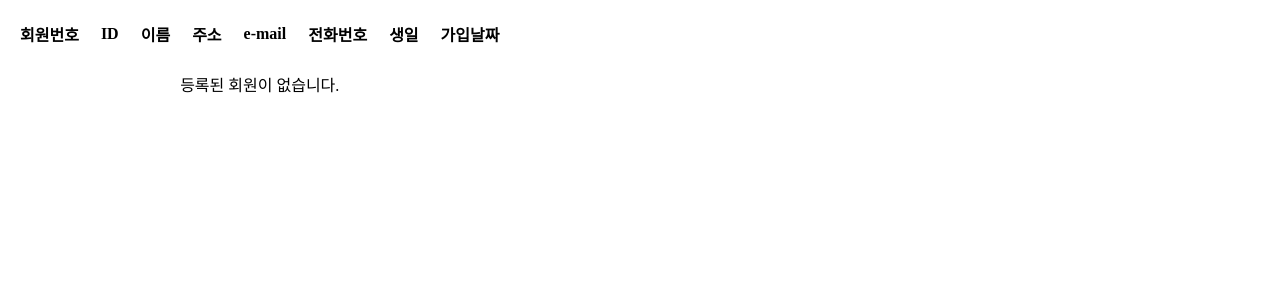
Repository: javadogfoot/semi-project
Page: http://localhost/tomato/admin/memberKeywordFind_ok.jsp
The author's editor kept a copy of each file at every save. The page is drawn from the files as they stood at one save, then again after the next save.
The browser window is 1280 px wide. The pictures show the whole page.
The page is served by Tomcat 9. Other server files are loaded and not shown. Queries for data that is not in the repository find no rows.

Above is the page before, as saved 2021-10-18 16:52:36.

### semi프로젝트워크스페이스/tomato/src/main/webapp/admin/memberKeywordFind_ok.jsp
<%@ page language="java" contentType="text/html; charset=UTF-8"
    pageEncoding="UTF-8"%>
<%@ page import="java.util.*" %>
<%@ page import="tomato.member.*" %>
<jsp:useBean id="mdao" class="tomato.member.MemberDAO"></jsp:useBean>
<%
request.setCharacterEncoding("utf-8");
String keyword=request.getParameter("keyword");
%>
<!DOCTYPE html>
<html>
<head>
<meta charset="UTF-8">
<title>Insert title here</title>
<style>
.table-responsive {
    width: 750px;
   margin: 0px auto;
   padding:15px;
    }
.table-wrapper {
        background: #ffffff;
      background: #f5f4f0;
      margin: 0px auto;
}
.table-title {
      background: #ffffcc;
      color: #red;
      margin: 0px auto;
      border-radius: 3px 3px 0 0;
}
.table-title h2 {
      font-size: 20px;
      font-color: #e9e9e9;
      margin: 0px auto;
}
table.table tr th, table.table tr td {
        border-color: #e9e9e9;
      padding: 12px 10px;
      vertical-align: middle;
}
table.table-striped.table-hover tbody tr:hover {
      background: #f5f5f5
}
</style>
</head>
<body>
<section>
   <article>
       <table class="table table-striped table-hover">
         <thead>
            <tr>
               <th>회원번호</th>
               <th>ID</th>
               <th>이름</th>
               <th>주소</th>
               <th>e-mail</th>
               <th>전화번호</th>
               <th>생일</th>
               <th>가입날짜</th>
            </tr>
         </thead>
         <tbody>
         <%
            ArrayList<MemberDTO> arr=mdao.keywordFind(keyword);
            if(arr==null||arr.size()==0){
               %>
               <tr>
                  <td colspan="8" align="center">
                  등록된 회원이 없습니다.
                  </td>
               </tr>
               <%
            }else {
               for(int i=0;i<arr.size();i++){
                  %>
                  <tr>
                    <td><%=arr.get(i).getM_idx()%></td>
                  <td><%=arr.get(i).getM_id() %></td>
                  <td><%=arr.get(i).getM_name() %></td>
                  <td><%=arr.get(i).getM_addr() %></td>
                  <td><%=arr.get(i).getM_email() %></td>
                  <td><%=arr.get(i).getM_tel() %></td>
                  <td><%=arr.get(i).getM_birth() %></td>
                  <td><%=arr.get(i).getM_joindate() %></td>
                 </tr>
                  <%
               }
            }
            %>
         </tbody>
      </table>
   </article>
</section>
</body>
</html>

### semi프로젝트워크스페이스/tomato/src/main/java/tomato/member/MemberDAO.java
package tomato.member;

import java.sql.*;
import java.util.*;
import javax.naming.*;
import javax.sql.*;

public class MemberDAO {

	private Connection conn;
	private PreparedStatement ps;
	private ResultSet rs;

	public static final int NOT_ID=1;
	public static final int NOT_PWD=2;
	public static final int LOGIN_OK=3;
	public static final int ERROR=-1;

	public MemberDAO() {

	}
	public Boolean idCheck(String userid) {
		try {
			conn=tomato.db.TomatoDB.getConn();
			String sql="select * from tomato_member where m_id=?";
			ps=conn.prepareStatement(sql);
			ps.setString(1, userid);
			rs=ps.executeQuery();
			boolean result=rs.next();
			return result;
		}catch(Exception e) {
			e.printStackTrace();
			return false;
		}finally {
			try {
				if(rs!=null)rs.close();
				if(ps!=null)ps.close();
				if(conn!=null)conn.close();
			}catch(Exception e2) {

			}
		}
	}

	/**회원 등록 관련 메서드*/
	public int memberJoin(MemberDTO dto) {
		try {
			conn=tomato.db.TomatoDB.getConn();
			String sql="insert into tomato_member values(tomato_member_m_idx.nextval,?,?,?,?,?,?,?,?,?,?,?,sysdate,0)";
			ps=conn.prepareStatement(sql);
			ps.setString(1, dto.getM_id());
			ps.setString(2, dto.getM_pwd());
			ps.setString(3, dto.getM_name());
			ps.setString(4, dto.getM_email());
			ps.setString(5, dto.getM_addr());
			ps.setString(6, dto.getM_tel());
			ps.setString(7, dto.getM_birth());
			ps.setInt(8, dto.getM_smsok());
			ps.setInt(9, dto.getM_emailok());
			ps.setString(10, dto.getM_ask());
			ps.setString(11, dto.getM_answer());
			int count=ps.executeUpdate();
			return count;
		}catch(Exception e) {
			e.printStackTrace();
			return ERROR;
		}finally {
			try {
				if(ps!=null)ps.close();
				if(conn!=null)conn.close();
			}catch(Exception e2) {

			}
		}
	}
	 /**로그인 검증 관련 메서드*/
	  public int loginCheck(String userid, String userpwd) {
	     try {
	        conn=tomato.db.TomatoDB.getConn();
	        String sql="select m_pwd from tomato_member where m_id=?";
	        ps=conn.prepareStatement(sql);
	        ps.setString(1, userid);
	        rs=ps.executeQuery();
	        if(rs.next()) {
	           String dbpwd=rs.getString(1);
	           if(dbpwd.equals(userpwd)) {
	              return LOGIN_OK;
	           }else {
	              return NOT_PWD;
	           }
	        }else {
	           return NOT_ID;
	        }
	     } catch (Exception e) {
	        e.printStackTrace();
	        return ERROR;
	     }finally {
	        try {
	           if(rs!=null)rs.close();
	           if(ps!=null)ps.close();
	           if(conn!=null)conn.close();
	        } catch (Exception e2) {
	       }
	    }
	  }
	  public String getUserInfo(String userid) {
	      try {

	         conn=tomato.db.TomatoDB.getConn();

	         String sql="select m_name from tomato_member where m_id=?";
	         ps=conn.prepareStatement(sql);
	         ps.setString(1, userid);
	         rs=ps.executeQuery();
	         rs.next();
	         return rs.getString(1);
	      } catch (Exception e) {
	         e.printStackTrace();
	         return null;
	      }finally {
	         try {
	            if(rs!=null)rs.close();
	            if(ps!=null)ps.close();
	            if(conn!=null)conn.close();
	         } catch (Exception e2) {

	         }
	      }
	   }

   public String findIdCheck(String username, String useremail) {
      try {
	        conn=tomato.db.TomatoDB.getConn();
	        String sql="select m_id from tomato_member where m_name=? and m_email=?";
	        ps=conn.prepareStatement(sql);
	        ps.setString(1, username);
	        ps.setString(2, useremail);
	        rs=ps.executeQuery();
	        String result=null;
	        if(rs.next()) {
	        	result=rs.getString(1);
	        }
	        return result;
	     } catch (Exception e) {
	        e.printStackTrace();
	        return null;
	     }finally {
	        try {
	           if(rs!=null)rs.close();
	           if(ps!=null)ps.close();
	           if(conn!=null)conn.close();
	        } catch (Exception e2) {
	        }
	    }
	}
   public String findPwdCheck(String username, String useremail, String useranswer) {
	   try {
		   conn=tomato.db.TomatoDB.getConn();
		   String sql="select m_pwd from tomato_member where m_name=? and m_email=? and m_answer=?";
		   ps=conn.prepareStatement(sql);
		   ps.setString(1, username);
		   ps.setString(2, useremail);
		   ps.setString(3, useranswer);
		   rs=ps.executeQuery();
		   String result=null;
		   if(rs.next()) {
			   result=rs.getString(1);
		   }
		   return result;
	   }catch(Exception e) {
		   e.printStackTrace();
		   return null;
	   }finally {
		   try {
			   if(rs!=null)rs.close();
			   if(ps!=null)ps.close();
			   if(conn!=null)conn.close();
		   }catch(Exception e2) {

		   }
	   }
   }
   public int selectMidx(String userid) {
	   try {
		   conn=tomato.db.TomatoDB.getConn();
		   String sql="select m_idx from tomato_member where m_id=?";
		   ps=conn.prepareStatement(sql);
		   ps.setString(1, userid);
		   rs=ps.executeQuery();
		   int idx=0;
		   if(rs.next()) {
			   idx=rs.getInt(1);
		   }
		   return idx;
	   }catch(Exception e) {
		   return -1;
	   }finally {
		   try {
			   if(rs!=null)rs.close();
			   if(ps!=null)ps.close();
			   if(conn!=null)conn.close();
		   }catch(Exception e2) {

		   }
	   }
   }
   public String findAddr(String id) {
	   try {
		   conn=tomato.db.TomatoDB.getConn();
		   String sql="select * from tomato_member where m_id=?";
		   ps=conn.prepareStatement(sql);
		   ps.setString(1, id);
		   rs=ps.executeQuery();
		   String result=null;
		   if(rs.next()) {
			   result=rs.getString("m_addr");
		   }
		   return result;
	   }catch(Exception e) {
		   e.printStackTrace();
		   return null;
	   }finally {
		   try {
			   if(rs!=null)rs.close();
			   if(ps!=null)ps.close();
			   if(conn!=null)ps.close();
		   }catch(Exception e2) {

		   }
	   }
   }
   /**회원검색 관련 메서드*/
   public ArrayList<MemberDTO> keywordFind(String fkey){
      try {

         conn=tomato.db.TomatoDB.getConn();
         String sql="select  m_idx,m_id,m_name,m_email,m_addr,m_tel,m_birth,m_joindate from tomato_member where m_name=?";
         ps=conn.prepareStatement(sql);
         ps.setString(1, fkey);
         rs=ps.executeQuery();

         ArrayList<MemberDTO> arr=new ArrayList<MemberDTO>();

            while(rs.next()){
            int m_idx=rs.getInt("m_idx");
            String m_id=rs.getString("m_id");
            String m_name=rs.getString("m_name");
            String m_email=rs.getString("m_email");
            String m_addr=rs.getString("m_addr");
            String m_tel=rs.getString("m_tel");
            String m_birth=rs.getString("m_birth");
            java.sql.Date m_joindate=rs.getDate("m_joindate");

           MemberDTO dtos= new MemberDTO(m_idx, m_id, m_name, m_email, m_addr, m_tel, m_birth, m_joindate);
           arr.add(dtos);
               }

         return arr;
      }catch(Exception e) {
         e.printStackTrace();
         return null;
      }finally {
         try {
            if(rs!=null)rs.close();
            if(ps!=null)ps.close();
            if(conn!=null)conn.close();
         }catch(Exception e2) {}
      }
   }

   /**모든 회원 내역 관련 메서드*/
   public ArrayList<MemberDTO> MemberListAll(){
      try{

         conn=tomato.db.TomatoDB.getConn();
         String sql="select m_idx,m_id,m_name,m_email,m_addr,m_tel,m_birth,m_joindate from tomato_member order by m_idx desc";
         ps=conn.prepareStatement(sql);
         rs=ps.executeQuery();
         ArrayList<MemberDTO> arr=new ArrayList<MemberDTO>();
         while(rs.next()){
            int m_idx=rs.getInt("m_idx");
            String m_id=rs.getString("m_id");
            String m_name=rs.getString("m_name");
            String m_email=rs.getString("m_email");
            String m_addr=rs.getString("m_addr");
            String m_tel=rs.getString("m_tel");
            String m_birth=rs.getString("m_birth");
            java.sql.Date m_joindate=rs.getDate("m_joindate");

            MemberDTO dto= new MemberDTO(m_idx, m_id, m_name, m_email, m_addr, m_tel, m_birth, m_joindate);
            arr.add(dto);
         }
               return arr;
      }catch(Exception e) {
      e.printStackTrace();
      return null;
      }finally {
         try {
            if(rs!=null)rs.close();
            if(ps!=null)ps.close();
            if(conn!=null)conn.close();
         }catch(Exception e2) {}
      }
   }

      /**회원정보 조회 관련 메서드*/
      public MemberDTO memberView(String sessionID ){
         try {

         conn=tomato.db.TomatoDB.getConn();

         String sql="select * from tomato_member where m_id=? ";
         ps=conn.prepareStatement(sql);
      ps.setString(1,sessionID );

      rs=ps.executeQuery();

      MemberDTO dto=null;

      while(rs.next()){
            int m_idx=rs.getInt("m_idx");
            String m_id=rs.getString("m_id");
            String m_name=rs.getString("m_name");
            String m_email=rs.getString("m_email");
            String m_addr=rs.getString("m_addr");
            String m_tel=rs.getString("m_tel");
            String m_birth=rs.getString("m_birth");
            java.sql.Date m_joindate=rs.getDate("m_joindate");

            dto= new MemberDTO(m_idx, m_id, m_name, m_email, m_addr, m_tel, m_birth, m_joindate);
               }
            return dto;

      } catch (Exception e) {
         e.printStackTrace();
         return null;
      }finally {
         try {
            if(rs!=null)rs.close();
            if(ps!=null)ps.close();
            if(conn!=null)conn.close();
         }catch(Exception e2) {}
         }
      }

      /**회원 정보 수정 관련 메서드*/

      public int memberUpdate(MemberDTO dto){
         try {

            conn=tomato.db.TomatoDB.getConn();
            String sql = "update tomato_member set m_pwd=?,m_name=?, m_email=?, m_addr=?, m_tel=? "
               + "where m_id=?";

            ps=conn.prepareStatement(sql);
            ps.setString(1, dto.getM_pwd());
            ps.setString(2, dto.getM_name());
            ps.setString(3, dto.getM_email());
            ps.setString(4, dto.getM_addr());
            ps.setString(5, dto.getM_tel());
            ps.setString(6, dto.getM_id());

            int result=ps.executeUpdate();

            return result;

         } catch (Exception e) {
             e.printStackTrace();
             return -1;
         } finally {
            try {
               if(ps!=null)ps.close();
               if(conn!=null)conn.close();
            } catch (Exception e2) {

            }
         }
      }

      /**회원탈퇴 관련 메서드*/
      public int memberDelete(String m_id) {
            try {
            conn=tomato.db.TomatoDB.getConn();
            String sql="delete from tomato_member where m_id=?";
            ps=conn.prepareStatement(sql);
            ps.setString(1, m_id);
            int count=ps.executeUpdate();

            return count;

         } catch (Exception e) {
            // TODO: handle exception
            e.printStackTrace();
            return -1;
         }finally {
            try {
               if(ps!=null)ps.close();
               if(conn!=null)conn.close();
            } catch (Exception e) {
               // TODO: handle exception
            }
         }
      }
}

### semi프로젝트워크스페이스/tomato/src/main/java/tomato/db/TomatoDB.java
package tomato.db;

import java.sql.*;
import javax.sql.*;
import javax.naming.*;

public class TomatoDB {

	static DataSource ds;

	static{
		try {
		Context initContext = new InitialContext();
		Context envContext  = (Context)initContext.lookup("java:/comp/env");
		ds = (DataSource)envContext.lookup("jdbc/myoracle");
		}catch(Exception e) {
			e.printStackTrace();
		}
	}

	public static Connection getConn() throws Exception{
		return ds.getConnection();
	}
}

After the next save:
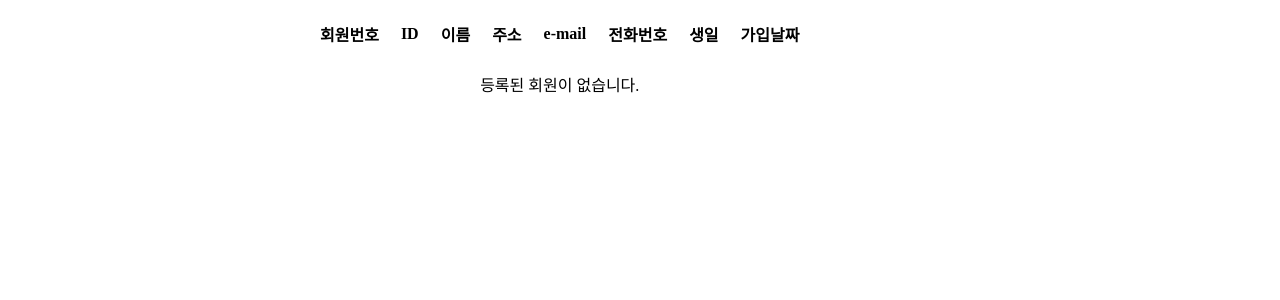
Saved 8 min 42 s later.
--- a/semi프로젝트워크스페이스/tomato/src/main/webapp/admin/memberKeywordFind_ok.jsp
+++ b/semi프로젝트워크스페이스/tomato/src/main/webapp/admin/memberKeywordFind_ok.jsp
@@ -46,7 +46,7 @@
 </head>
 <body>
 <section>
-   <article>
+   <article style="padding-left: 300px;">
        <table class="table table-striped table-hover">
          <thead>
             <tr>

After the save that followed:
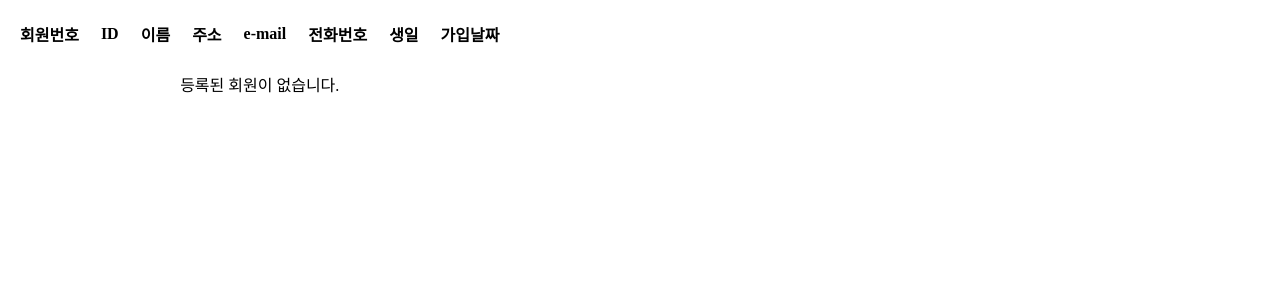
Saved 68 s later.
--- a/semi프로젝트워크스페이스/tomato/src/main/webapp/admin/memberKeywordFind_ok.jsp
+++ b/semi프로젝트워크스페이스/tomato/src/main/webapp/admin/memberKeywordFind_ok.jsp
@@ -46,7 +46,7 @@
 </head>
 <body>
 <section>
-   <article style="padding-left: 300px;">
+   <article style="padding: auto;">
        <table class="table table-striped table-hover">
          <thead>
             <tr>
